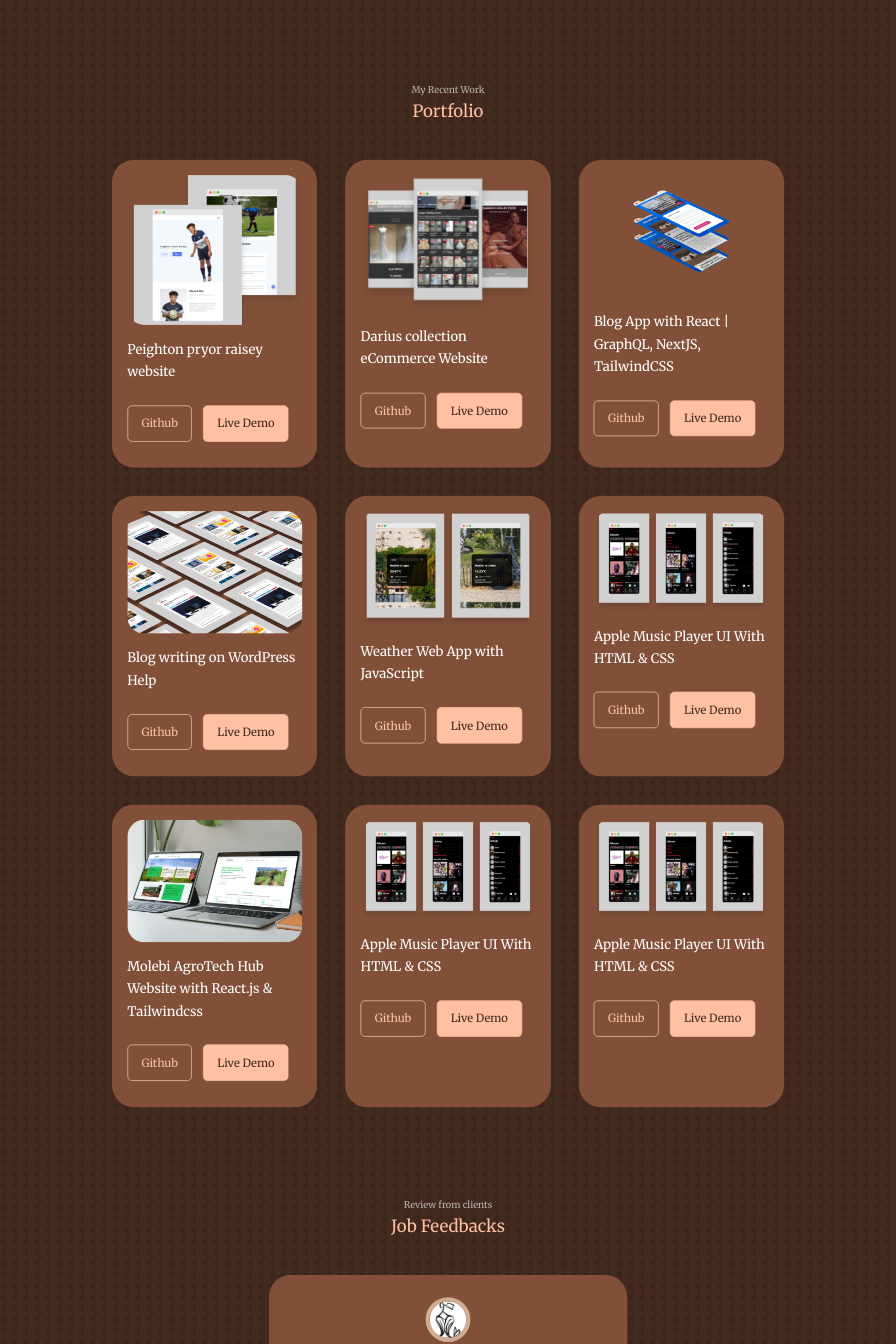
Repository: akinolapo/akinolapo-react
Page: /
These files come from the project's save history. The page is drawn as it stood at one moment and after the next save; the edit follows.
The browser window is 1280 px wide. The pictures show the part of the page from y = 2923 to 4843 px (the page is 6482 px tall before and 6503 px after), at 70% of full size.
The project was rebuilt for these pictures with package versions that can differ from the ones it lists, and the page was loaded fresh each time.

Above is the page before, as saved 2023-06-12 16:01:36.

After the next save:
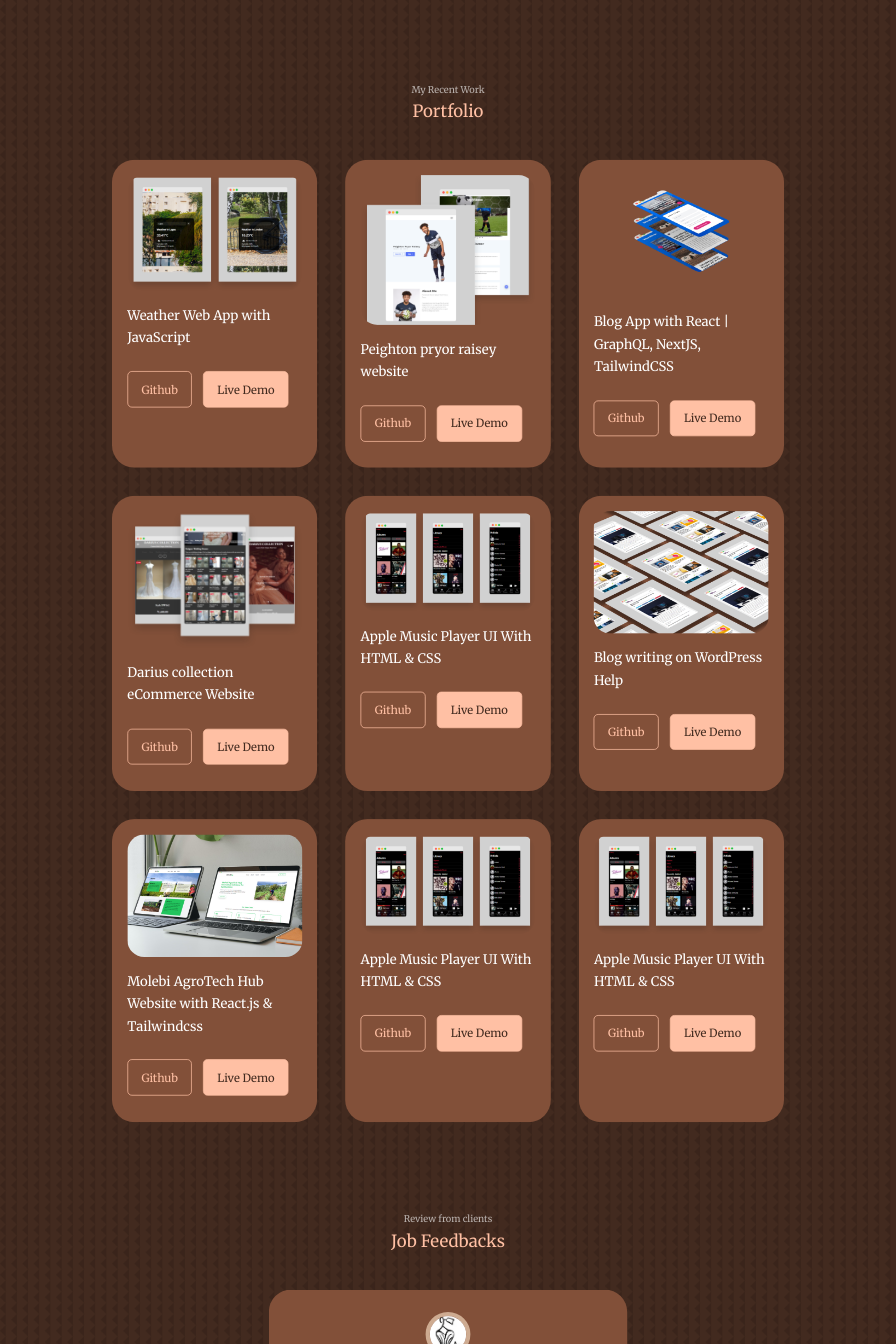
Saved 31 s later.
--- a/src/components/portfolio/portfolio.jsx
+++ b/src/components/portfolio/portfolio.jsx
@@ -87,7 +87,7 @@ const portfolio = () => {
 
       <div className="container portfolio__container">
        {
-         data.map(({id, image, title, github, demo})=>{
+         shuffledData.map(({id, image, title, github, demo})=>{
            return (
             <article key={id} className='portfolio__item'>
             <div className="portfolio__item-image">
